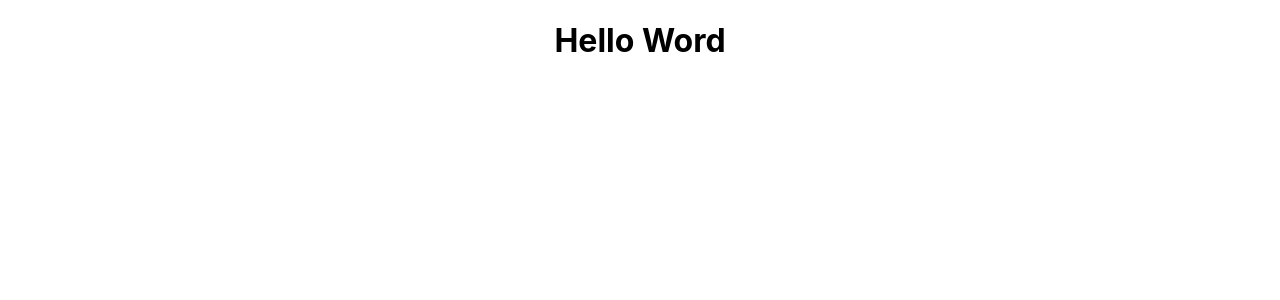
Repository: Christien-14/mon-site-react
Page: /
These files come from the project's save history. The page is drawn as it stood at one moment and after the next save; the edit follows.
The browser window is 1280 px wide. The pictures show the whole page.
The project was rebuilt for these pictures with package versions that can differ from the ones it lists, and the page was loaded fresh each time.

Above is the page before, as saved 2024-05-14 16:07:31.

After the next save:
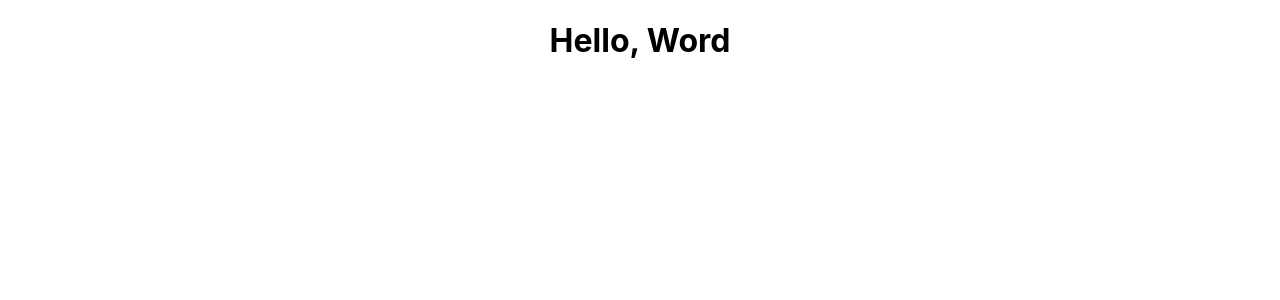
Saved 7 min 17 s later.
--- a/src/App.js
+++ b/src/App.js
@@ -5,7 +5,7 @@ function App() {
     return ( <
         div className = "App" >
         <
-        h1 className = "title" > Hello Word < /h1> <
+        h1 className = "title" > Hello, Word < /h1>  <
         /div>
     );
 }
